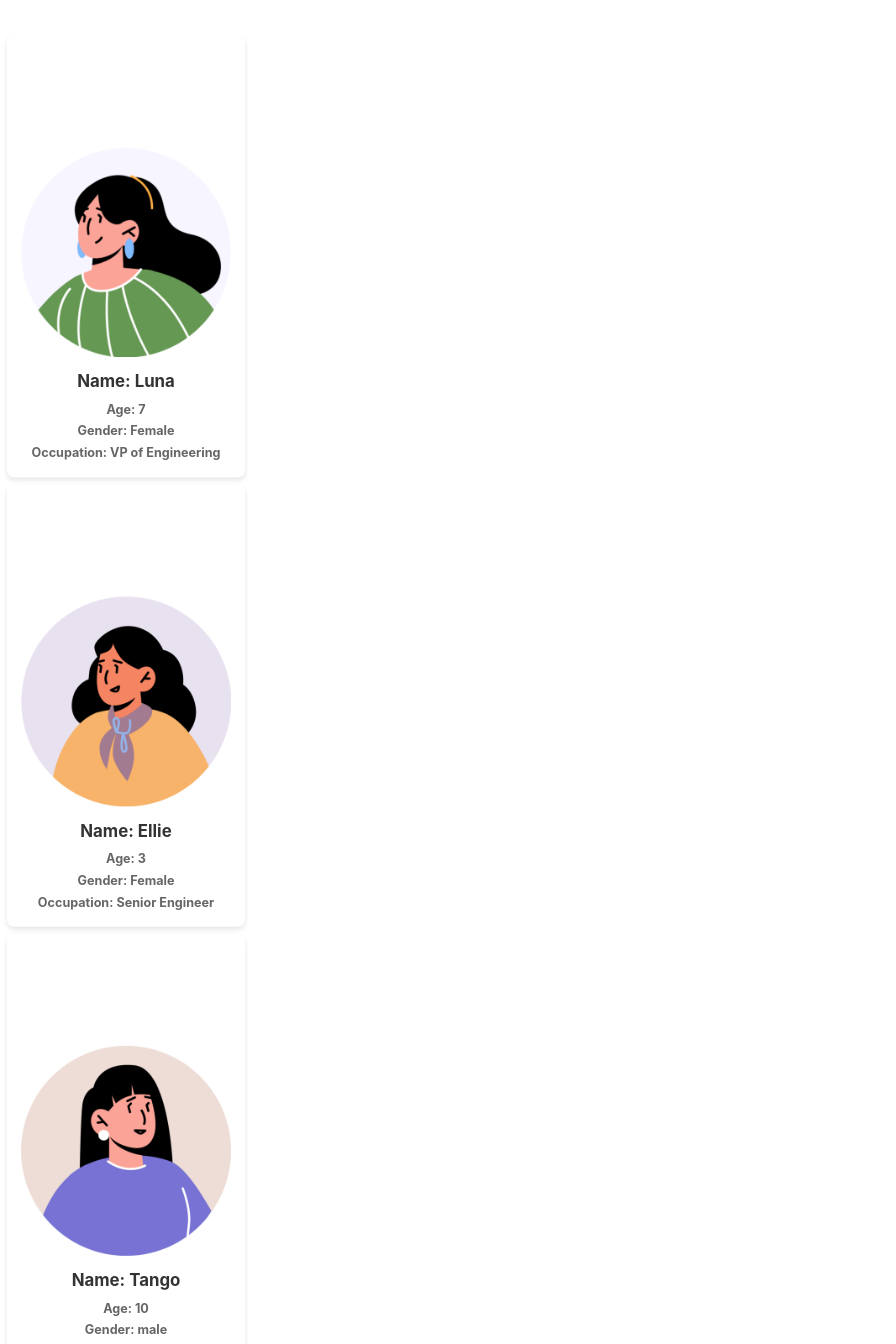
Repository: mahsa199170/React-Props-projects
Page: / (app in profile-app/)
These files come from the project's save history. The page is drawn as it stood at one moment and after the next save; the edit follows.
The browser window is 1280 px wide. The pictures show the part of the page from y = 0 to 1920 px (the page is 2618 px tall before and 3338 px after), at 70% of full size.
The project was rebuilt for these pictures with package versions that can differ from the ones it lists, and the page was loaded fresh each time.

Above is the page before, as saved 2024-11-18 16:01:02.

### profile-app/src/App.js
import './App.scss';
import Profile from './components/profile/Profile';
import { people } from './personalInfo';

function App() {
  const personInfo = people.map((p) => {
    return <h1>{p.name}</h1>;
  });

  return (
    <div className="App">
      <div className="profile-container"></div>
      {people.map((person) => {
        const { id, name, age, gender, occupation, image } = person;
        return (
          <div key={id}>
            <Profile
              name={name}
              age={age}
              occupation={occupation}
              gender={gender}
              image={image}
            />
          </div>
        );
      })}
    </div>
  );
}

export default App;

### profile-app/src/App.scss
/* .App {
  text-align: center;
}

.App-logo {
  height: 40vmin;
  pointer-events: none;
}

@media (prefers-reduced-motion: no-preference) {
  .App-logo {
    animation: App-logo-spin infinite 20s linear;
  }
}

.App-header {
  background-color: #282c34;
  min-height: 100vh;
  display: flex;
  flex-direction: column;
  align-items: center;
  justify-content: center;
  font-size: calc(10px + 2vmin);
  color: white;
}

.App-link {
  color: #61dafb;
}

@keyframes App-logo-spin {
  from {
    transform: rotate(0deg);
  }
  to {
    transform: rotate(360deg);
  }
} */

.profile-container {
  display: flex;
  flex-wrap: wrap; // Allows wrapping for multiple rows
  justify-content: center; // Centers the cards horizontally
  gap: 20px; // Adds space between cards
  padding: 20px;
}

### profile-app/src/components/profile/Profile.js
import React from 'react';
import Card from '../card/Card';
import './Profile.scss';

const Profile = ({ id, name, age, gender, occupation, image }) => {
  return (
    <Card>
      <div className="profil-card">
        <div className="profile-image"></div>
        <img src={image} alt="profile" />
        <h2>Name: {name}</h2>
        <h3>Age: {age}</h3>
        <h3>Gender: {gender}</h3>
        <h3>Occupation: {occupation}</h3>
      </div>
    </Card>
  );
};

export default Profile;

### profile-app/src/personalInfo.js
import image1 from './components/images/100.png';
import image2 from './components/images/54.png';
import image3 from './components/images/73.png';
import image4 from './components/images/94.png';
export const people = [
  {
    id: 1,
    name: 'Luna',
    age: 7,
    gender: 'Female',
    occupation: 'VP of Engineering',
    image: image1,
  },
  {
    id: 2,
    name: 'Ellie',
    age: 3,
    gender: 'Female',
    occupation: 'Senior Engineer',
    image: image2,
  },
  {
    id: 3,
    name: 'Tango',
    age: 10,
    gender: 'male',
    occupation: 'Software Engineer',
    image: image3,
  },
  {
    id: 4,
    name: 'Frankie',
    age: 1,
    gender: 'male',
    occupation: 'Devops Engineer',
    image: image4,
  },
];

### profile-app/src/components/card/Card.js
import React from 'react';
import './Card.scss';

const Card = ({ children }) => {
  return <div className="card">{children}</div>;
};

export default Card;

### profile-app/src/components/profile/Profile.scss
// .profil-card {
//   display: flex;
//   flex-direction: column;
//   align-items: center;
//   text-align: center; // Center-align text

//   .profile-image {
//     width: 120px; // Image width
//     height: 120px; // Image height
//     border-radius: 50%; // Make the image circular
//     overflow: hidden; // Ensure the image stays within the circle
//     margin-bottom: 20px; // Space between image and text

//     img {
//       width: 100%; // Ensure the image takes the full width
//       height: 100%; // Ensure the image takes the full height
//       object-fit: cover; // Make the image cover the entire circle while maintaining its aspect ratio
//     }
//   }

//   h2 {
//     font-size: 24px; // Bigger font size for the name
//     font-weight: bold;
//     color: #333; // Dark color for the name
//     margin-bottom: 10px;
//   }

//   h3 {
//     font-size: 18px; // Set font size for other info
//     color: #666; // Lighter color for the details
//     margin: 5px 0; // Add space between each piece of info
//   }
// }

.profil-card {
  display: flex;
  flex-direction: column;
  // align-items: center;
  text-align: center; // Center-align text

  // Profile Image Container
  .profile-image {
    width: 120px; // Adjust the width of the circle
    height: 120px; // Adjust the height of the circle
    border-radius: 50%; // Make the image circular
    overflow: hidden; // Ensure the image doesn't overflow outside the circle
    margin-bottom: 20px; // Space between image and text

    img {
      width: 100%; // Ensure the image takes up the full width of the container
      height: 100%; // Ensure the image takes up the full height of the container
      object-fit: cover; // Cover the area of the circle, maintaining the aspect ratio without distorting the image
    }
  }

  h2 {
    font-size: 24px; // Larger font size for the name
    font-weight: bold;
    color: #333; // Dark text color
    margin-bottom: 10px;
  }

  h3 {
    font-size: 18px; // Set font size for other profile information
    color: #666; // Lighter color for the details
    margin: 5px 0; // Add space between each profile field
  }
}

### profile-app/src/components/card/Card.scss
.card {
  width: 300px; // Set the width of the card
  background-color: #fff; // White background
  border-radius: 10px; // Rounded corners
  box-shadow: 0 4px 8px rgba(0, 0, 0, 0.1); // Subtle shadow for 3D effect
  padding: 20px; // Padding inside the card
  margin: 10px; // Space between cards
  transition: all 0.3s ease; // Smooth transition for hover effect

  &:hover {
    box-shadow: 0 6px 12px rgba(0, 0, 0, 0.2); // Slightly bigger shadow on hover
    transform: translateY(-5px); // Lift the card a little on hover
  }
}

Loaded but not shown: profile-app/public/index.html (common file); profile-app/src/index.js (common file); profile-app/src/index.css (common file)

After the next save:
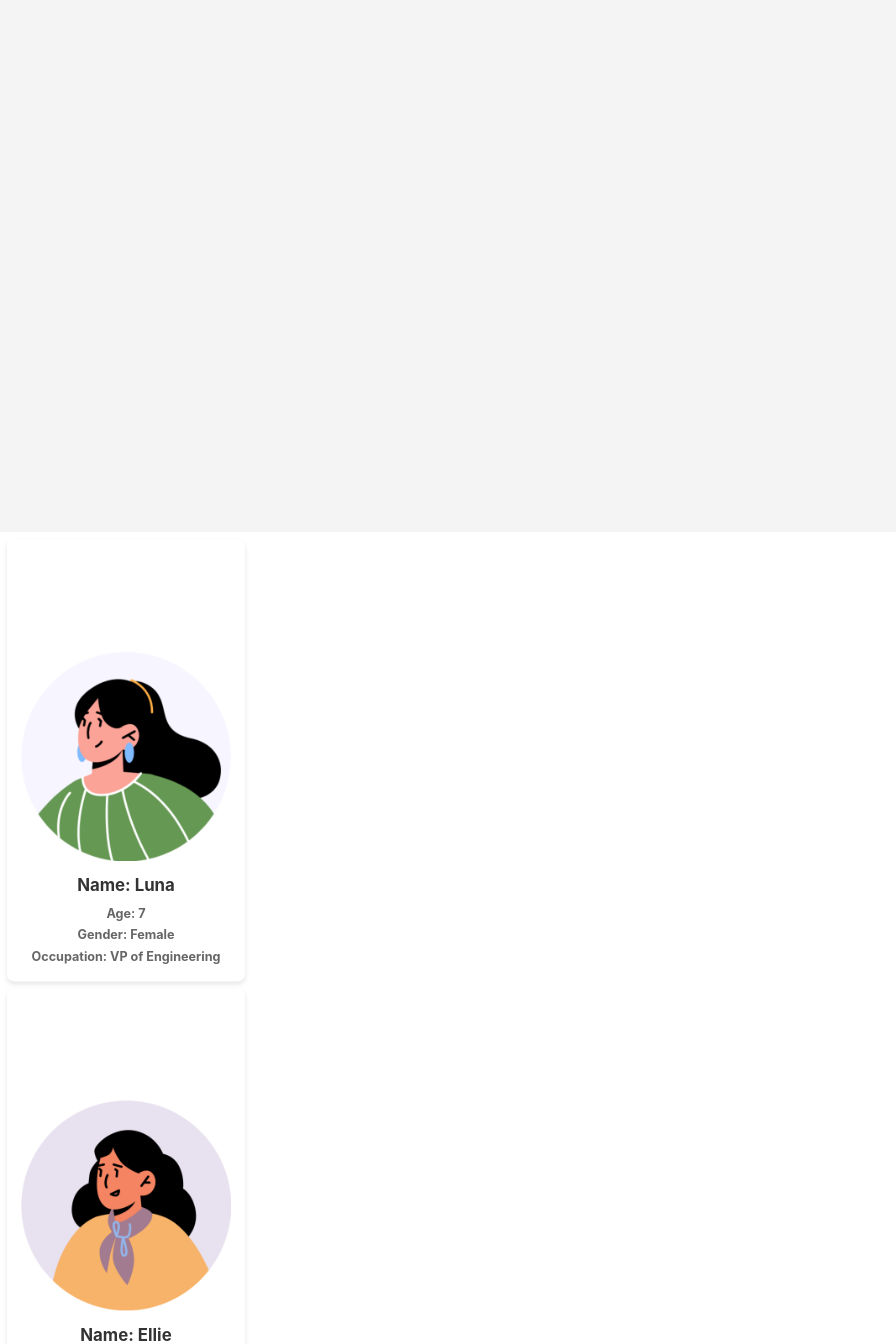
Saved 107 s later.
--- a/profile-app/src/App.scss
+++ b/profile-app/src/App.scss
@@ -38,9 +38,16 @@
 } */
 
 .profile-container {
-  display: flex;
-  flex-wrap: wrap; // Allows wrapping for multiple rows
-  justify-content: center; // Centers the cards horizontally
-  gap: 20px; // Adds space between cards
+  // display: flex;
+  // flex-wrap: wrap; // Allows wrapping for multiple rows
+  // justify-content: center; // Centers the cards horizontally
+  // gap: 20px; // Adds space between cards
+  // padding: 20px;
+  display: flex; // Use Flexbox to layout the content
+  justify-content: center; // Horizontally center content
+  align-items: center; // Vertically center content
+  min-height: 100vh; // Ensure the container takes full viewport height
+  flex-direction: column; // Stack the content vertically (optional)
+  background-color: #f4f4f4; // Optional: Set a background color for the app
   padding: 20px;
 }

After the save that followed:
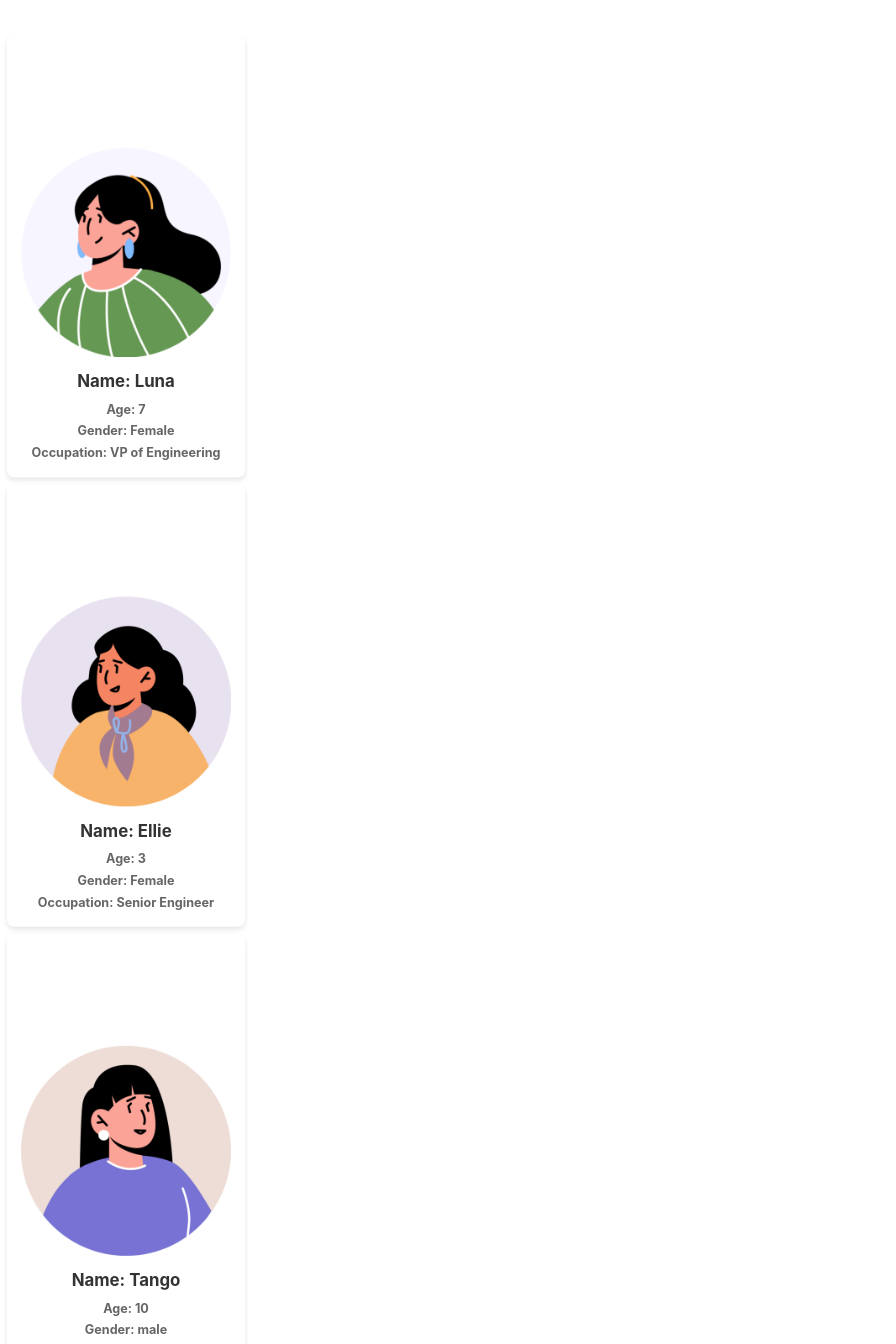
Saved 26 s later.
--- a/profile-app/src/App.scss
+++ b/profile-app/src/App.scss
@@ -38,16 +38,9 @@
 } */
 
 .profile-container {
-  // display: flex;
-  // flex-wrap: wrap; // Allows wrapping for multiple rows
-  // justify-content: center; // Centers the cards horizontally
-  // gap: 20px; // Adds space between cards
-  // padding: 20px;
-  display: flex; // Use Flexbox to layout the content
-  justify-content: center; // Horizontally center content
-  align-items: center; // Vertically center content
-  min-height: 100vh; // Ensure the container takes full viewport height
-  flex-direction: column; // Stack the content vertically (optional)
-  background-color: #f4f4f4; // Optional: Set a background color for the app
+  display: flex;
+  flex-wrap: wrap; // Allows wrapping for multiple rows
+  justify-content: center; // Centers the cards horizontally
+  gap: 20px; // Adds space between cards
   padding: 20px;
 }
